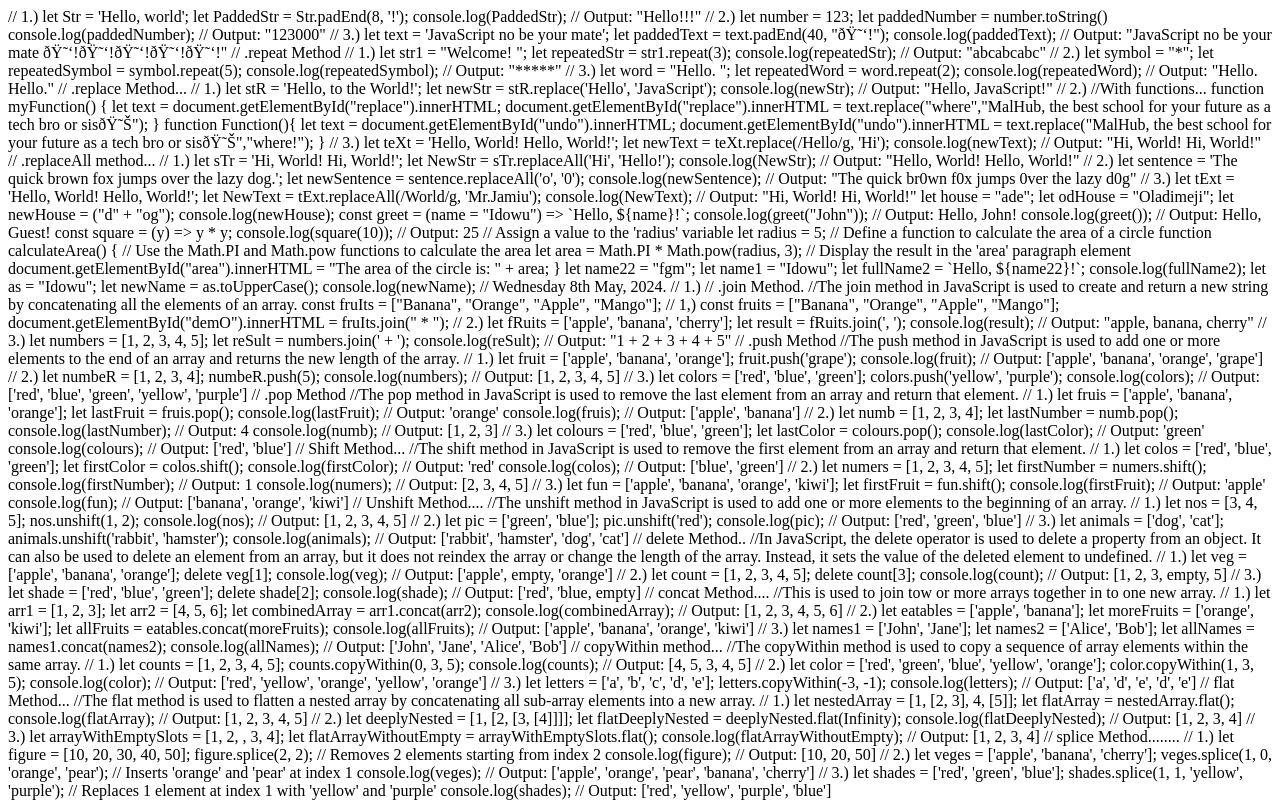
Repository: isaacCodes1/Calculator-with-js
Page: assignment.html
The author's editor kept a copy of each file at every save. The page is drawn from the files as they stood at one save, then again after the next save.
The browser window is 1280 px wide. The pictures show the whole page.

Above is the page before, as saved 2024-05-13 09:14:50.

### assignment.html
<!-- <!DOCTYPE html>
<html lang="en">
  <head>
    <meta charset="UTF-8" />
    <meta name="viewport" content="width=device-width, initial-scale=1.0" />
    <title>JavaScript Assignments</title>
  </head>
  <body>
    <h1>The .replace String Method.....</h1>

  <button onclick="myFunction()">Replace</button>


  <p id="replace">Please visit where!</p>
  <p id="area"></p>
  <button onclick="calculateArea()">Calculate Area</button>

  <button onclick="Function()">Undo</button>
  <p id="undo">Please visit MalHub, the best school for your future as a tech bro or sis😊</p>


  <h1>JavaScript Arrays</h1>
<h2>The join() Method</h2>

<p>The join() method joins array elements into a string.</p>
<p>It this example we have used " * " as a separator between the elements:</p>

<p id="demO"></p>

  </body>
  <script>
    //Assignment
    // Monday 6th May 2024.
    //Five use cases of named, function expressions, arrow function, higher order functions.


    //Named Functions   //A named function is a function that has a name assigned to it. It is defined using the function keyword followed by a function declaration, and it is given a name using the function keyword followed by the function name and parentheses
    // 1.)

//     const PI = 3.14159;

//     function calculateCircleArea(radius) {
//       return PI * Math.pow(radius, 2);
//     }
//     console.log(PI);

//     // 2.)
//     const square = (x) => x * x;

//     console.log(square(5)); // Output: 25

//     // 3.)
//     const multiply = (a, b) => a * b;

//     console.log(multiply(5, 10)); // Output: 50

//     // 4.)
//     const greet = (name = "Guest") => `Hello, ${name}!`;

//     console.log(greet("John")); // Output: Hello, John!
//     console.log(greet()); // Output: Hello, Guest!

//     // 5)
//     const createProduct = (name, price) => ({
//       name,
//       price,
//       description: "This is a great product!",
//     });

//     // Functions expression     //A function expression is a JavaScript expression that creates a function and assigns it to a variable or object property. It is defined using the
//     // 1.)
//     const product1 = createProduct("Laptop", 1000);
//     console.log(product1);
//     // Output: { name: 'Laptop', price: 1000, description: 'This is a great product!' }

//     // 2.)
//     const square1 = (x) => x * x;

//     console.log(square1(5)); // Output: 25

//     // 3.)
//     // Function expression assigned to a variable
//         const double = function(num) {
//             return num * 2;
//         };
//         // Using the function expression
//         console.log(double(5)); // Output: 10  // This will multiply the 5 and 8 by 2 and add their results together
//         console.log(double(8)); // Output: 16

//     // 4.)
//     let greeting = "Hello";
//     let name = "John";

//     let greetPerson = function () {
//         return `${greeting}, ${name}!`;
//     };

//     console.log(greetPerson());

//     // 5.)
//     let num1 = 10;
//     let num2 = 5;

//     let addNumbers = function (a, b) {
//         return a + b;
//     };

//     console.log(addNumbers(num1, num2));

//     // Arrow Functions.

//     // 1.)

//     let adDNumbers = (a, b) => a + b;
//     console.log(addNumbers(5, 3)); // Output: 8

//     // 2.)

//     let square2 = (num) => num * num;
//     console.log(square2(4)); // Output: 16

//     // 3.)

//     let greetingS = (name) => `Hello, ${name}!`;
//     console.log(greetingS("Isaac")); // Output: Hello, Isaac!

//     // 4.)

//     let isEven = (num) => (num % 2 === 0 ? true : false);
//     console.log(isEven(10)); // Output: true

//     // 5.)

//     let calculateArea = (length, width) => length * width;
//     console.log(calculateArea(4, 5)); // Output: 20

//     // Higher order Functions.      //Higher-order functions are functions that can take other functions as arguments or return functions as their results.

//     // 1.)

//     let numbers = [1, 2, 3, 4, 5, 6];
//     let evenNumbers = numbers.filt      er((num) => num % 2 === 0);
//     console.log(evenNumbers); // Output: [2, 4, 6]

//     // 2.)

//     let numberS = [1, 2, 3, 4, 5];
//     let doubledNumbers = numberS.map((num) => num * 2);
//     console.log(doubledNumbers); // Output: [2, 4, 6, 8, 10]    //The map method is a higher-order function in JavaScript that is used to transform each element of an array into a new element based on a callback function.


//     // 3.)

//     let numbErs = [1, 2, 3, 4, 5];
//     let sum = numbErs.reduce((acc, curr) => acc + curr, 0);
//     console.log(sum); // Output: 15


// // 4.)

//     let colors = ['red', 'blue', 'green'];
//     colors.forEach(color =>
//     console.log(color));
// // Output:
// // red
// // blue
// // green


// // 5.)

// let nuMbers = [10, 20, 30, 40, 50];

// // Using the find method to find the first element greater than 25
// let result = nuMbers.find(num => num > 25);

// console.log(result); // Output: 30


// Tuesday 7th May, 2024.

  // .Concat Method..
  // 1,)

  var name = "Isaac";
  var surName = "Oladimeji";
  var fullName = name.concat(" ", surName);
  console.log(fullName);


  // 2.)

  let address = "No.";
  let noAddress = "10";
  let addStreet = "Police Road.";
  let fullAddress = address.concat(" ", noAddress, " ", addStreet);
  console.log(fullAddress);


  // 3.)

  let myList = "I need 10 Apples,";
  let myList1 = "Oranges, maybe🫡 watermelon,";
  let myList2 = "and a good blender for";
  let myList3 = "my fruit project!";
  let full = myList.concat(" ", myList1, " ", myList2, " ", myList3);
  console.log(full);



  // .padStart Method...


  // 1.)

  let myPassword1 = "5012"
  let fullPassword = myPassword1.padStart(5, "3",);
  console.log(fullPassword);  //Output:  "35012"

  // 2.)

  let str = '123';
  let paddedStr = str.padStart(5, '0');
  console.log(paddedStr); // Output: "00123"

  // 3.)

  let num = 7;
  let paddedNum = num.toString().padStart(3, '0');
  console.log(paddedNum); // Output: "007"



  // .padEnd Method..... -->


  // 1.)

  let Str = 'Hello, world';
  let PaddedStr = Str.padEnd(8, '!');
  console.log(PaddedStr); // Output: "Hello!!!"


  // 2.)

  let number = 123;
  let paddedNumber = number.toString()
  console.log(paddedNumber); // Output: "123000"


  // 3.)

  let text = 'JavaScript no be your mate';
  let paddedText = text.padEnd(40, "😑!");
  console.log(paddedText); // Output: "JavaScript no be your mate 😑!😑!😑!😑!😑!"



  // .repeat Method


  // 1.)

  let str1 = "Welcome! ";
  let repeatedStr = str1.repeat(3);
  console.log(repeatedStr); // Output: "abcabcabc"


  // 2.)

  let symbol = "*";
  let repeatedSymbol = symbol.repeat(5);
  console.log(repeatedSymbol); // Output: "*****"


  // 3.)

  let word = "Hello. ";
  let repeatedWord = word.repeat(2);
  console.log(repeatedWord); // Output: "Hello. Hello."



  // .replace Method...


  // 1.)


  let stR = 'Hello, to the World!';
  let newStr = stR.replace('Hello', 'JavaScript');
  console.log(newStr); // Output: "Hello, JavaScript!"



  // 2.)

  //With functions...

  function myFunction() {
  let text = document.getElementById("replace").innerHTML;
  document.getElementById("replace").innerHTML =
  text.replace("where","MalHub, the best school for your future as a tech bro or sis😊");
}

function Function(){
  let text = document.getElementById("undo").innerHTML;
  document.getElementById("undo").innerHTML =
  text.replace("MalHub, the best school for your future as a tech bro or sis😊","where!");
}


// 3.)

  let teXt = 'Hello, World! Hello, World!';
  let newText = teXt.replace(/Hello/g, 'Hi');
  console.log(newText); // Output: "Hi, World! Hi, World!"





  // .replaceAll method...


  // 1.)

  let sTr = 'Hi, World! Hi, World!';
  let NewStr = sTr.replaceAll('Hi', 'Hello!');
  console.log(NewStr); // Output: "Hello, World! Hello, World!"




  // 2.)


  let sentence = 'The quick brown fox jumps over the lazy dog.';
  let newSentence = sentence.replaceAll('o', '0');
  console.log(newSentence); // Output: "The quick br0wn f0x jumps 0ver the lazy d0g"


  // 3.)


  let tExt = 'Hello, World! Hello, World!';
  let NewText = tExt.replaceAll(/World/g, 'Mr.Jamiu');
  console.log(NewText); // Output: "Hi, World! Hi, World!"



  let house = "ade";
  let odHouse = "Oladimeji";
  let newHouse = ("d" + "og");
  console.log(newHouse);

  const greet = (name = "Idowu") => `Hello, ${name}!`;

    console.log(greet("John")); // Output: Hello, John!
    console.log(greet()); // Output: Hello, Guest!




  const square = (y) => y * y;

    console.log(square(10)); // Output: 25


     // Assign a value to the 'radius' variable
     let radius = 5;

// Define a function to calculate the area of a circle
function calculateArea() {
    // Use the Math.PI and Math.pow functions to calculate the area
    let area = Math.PI * Math.pow(radius, 3);

    // Display the result in the 'area' paragraph element
    document.getElementById("area").innerHTML = "The area of the circle is: " + area;
}

let name22 = "fgm";
  let name1 = "Idowu";
  let fullName2 = `Hello, ${name22}!`;
  console.log(fullName2);

  let as = "Idowu";
let newName = as.toUpperCase();
console.log(newName);




// Wednesday 8th May, 2024.

  // 1.)

  // .join Method.     //The join method in JavaScript is used to create and return a new string by concatenating all the elements of an array.
  const fruIts = ["Banana", "Orange", "Apple", "Mango"];

// 1,)
  const fruits = ["Banana", "Orange", "Apple", "Mango"];
  document.getElementById("demO").innerHTML = fruIts.join(" * ");


  // 2.)
  let fRuits = ['apple', 'banana', 'cherry'];
  let result = fRuits.join(', ');

  console.log(result); // Output: "apple, banana, cherry"

  // 3.)

  let numbers = [1, 2, 3, 4, 5];
  let reSult = numbers.join(' + ');

  console.log(reSult); // Output: "1 + 2 + 3 + 4 + 5"



  // .push Method   //The push method in JavaScript is used to add one or more elements to the end of an array and returns the new length of the array.

  // 1.)
    let fruit = ['apple', 'banana', 'orange'];
    fruit.push('grape');
  console.log(fruit); // Output: ['apple', 'banana', 'orange', 'grape']

  // 2.)

  let numbeR = [1, 2, 3, 4];
  numbeR.push(5);
  console.log(numbers); // Output: [1, 2, 3, 4, 5]

  // 3.)

  let colors = ['red', 'blue', 'green'];
  colors.push('yellow', 'purple');
  console.log(colors); // Output: ['red', 'blue', 'green', 'yellow', 'purple']


  // .pop  Method    //The pop method in JavaScript is used to remove the last element from an array and return that element.

  // 1.)
  let fruis = ['apple', 'banana', 'orange'];
  let lastFruit = fruis.pop();
  console.log(lastFruit); // Output: 'orange'
  console.log(fruis); // Output: ['apple', 'banana']


  // 2.)
  let numb = [1, 2, 3, 4];
  let lastNumber = numb.pop();
  console.log(lastNumber); // Output: 4
  console.log(numb); // Output: [1, 2, 3]

  // 3.)
  let colours = ['red', 'blue', 'green'];
  let lastColor = colours.pop();
  console.log(lastColor); // Output: 'green'
  console.log(colours); // Output: ['red', 'blue']


  // Shift Method...    //The shift method in JavaScript is used to remove the first element from an array and return that element.

  // 1.)
  let colos = ['red', 'blue', 'green'];
  let firstColor = colos.shift();
  console.log(firstColor); // Output: 'red'
  console.log(colos); // Output: ['blue', 'green']

  // 2.)

  let numers = [1, 2, 3, 4, 5];
  let firstNumber = numers.shift();
  console.log(firstNumber); // Output: 1
  console.log(numers); // Output: [2, 3, 4, 5]

  // 3.)

  let fun = ['apple', 'banana', 'orange', 'kiwi'];
  let firstFruit = fun.shift();
  console.log(firstFruit); // Output: 'apple'
  console.log(fun); // Output: ['banana', 'orange', 'kiwi']



  // Unshift Method....       //The unshift method in JavaScript is used to add one or more elements to the beginning of an array.

  // 1.)

  let nos = [3, 4, 5];
  nos.unshift(1, 2);
  console.log(nos); // Output: [1, 2, 3, 4, 5]


  // 2.)

  let pic = ['green', 'blue'];
  pic.unshift('red');
  console.log(pic); // Output: ['red', 'green', 'blue']

  // 3.)

  let animals = ['dog', 'cat'];
  animals.unshift('rabbit', 'hamster');
  console.log(animals); // Output: ['rabbit', 'hamster', 'dog', 'cat']




  // delete Method..      //In JavaScript, the delete operator is used to delete a property from an object. It can also be used to delete an element from an array, but it does not reindex the array or change the length of the array. Instead, it sets the value of the deleted element to undefined.


  // 1.)

  let veg = ['apple', 'banana', 'orange'];
  delete veg[1];
  console.log(veg); // Output: ['apple', empty, 'orange']

  // 2.)

  let count = [1, 2, 3, 4, 5];
  delete count[3];
  console.log(count); // Output: [1, 2, 3, empty, 5]

  // 3.)

  let shade = ['red', 'blue', 'green'];
  delete shade[2];
  console.log(shade); // Output: ['red', 'blue, empty]



  // concat Method....      //This is used to join tow or more arrays together in to one new array.

  // 1.)

  let arr1 = [1, 2, 3];
  let arr2 = [4, 5, 6];
  let combinedArray = arr1.concat(arr2);
  console.log(combinedArray); // Output: [1, 2, 3, 4, 5, 6]


  // 2.)

  let eatables = ['apple', 'banana'];
  let moreFruits = ['orange', 'kiwi'];
  let allFruits = eatables.concat(moreFruits);
  console.log(allFruits); // Output: ['apple', 'banana', 'orange', 'kiwi']


  // 3.)

  let names1 = ['John', 'Jane'];
  let names2 = ['Alice', 'Bob'];
  let allNames = names1.concat(names2);
  console.log(allNames); // Output: ['John', 'Jane', 'Alice', 'Bob']



  // copyWithin method...         //The copyWithin method is used to copy a sequence of array elements within the same array.



  // 1.)

  let counts = [1, 2, 3, 4, 5];
  counts.copyWithin(0, 3, 5);
  console.log(counts); // Output: [4, 5, 3, 4, 5]


  // 2.)

  let color = ['red', 'green', 'blue', 'yellow', 'orange'];
  color.copyWithin(1, 3, 5);
  console.log(color); // Output: ['red', 'yellow', 'orange', 'yellow', 'orange']

  // 3.)

  let letters = ['a', 'b', 'c', 'd', 'e'];
  letters.copyWithin(-3, -1);
  console.log(letters); // Output: ['a', 'd', 'e', 'd', 'e']




  // flat Method...       //The flat method is used to flatten a nested array by concatenating all sub-array elements into a new array.


  // 1.)

  let nestedArray = [1, [2, 3], 4, [5]];
  let flatArray = nestedArray.flat();
  console.log(flatArray); // Output: [1, 2, 3, 4, 5]

  // 2.)

  let deeplyNested = [1, [2, [3, [4]]]];
  let flatDeeplyNested = deeplyNested.flat(Infinity);
  console.log(flatDeeplyNested); // Output: [1, 2, 3, 4]


  // 3.)

  let arrayWithEmptySlots = [1, 2, , 3, 4];
  let flatArrayWithoutEmpty = arrayWithEmptySlots.flat();
  console.log(flatArrayWithoutEmpty); // Output: [1, 2, 3, 4]



  // splice Method........


  // 1.)

  let figure = [10, 20, 30, 40, 50];
  figure.splice(2, 2); // Removes 2 elements starting from index 2
  console.log(figure); // Output: [10, 20, 50]


  // 2.)

  let veges = ['apple', 'banana', 'cherry'];
  veges.splice(1, 0, 'orange', 'pear'); // Inserts 'orange' and 'pear' at index 1
  console.log(veges); // Output: ['apple', 'orange', 'pear', 'banana', 'cherry']

  // 3.)

  let shades = ['red', 'green', 'blue'];
  shades.splice(1, 1, 'yellow', 'purple'); // Replaces 1 element at index 1 with 'yellow' and 'purple'
  console.log(shades); // Output: ['red', 'yellow', 'purple', 'blue']
    </script>
</html>

After the next save:
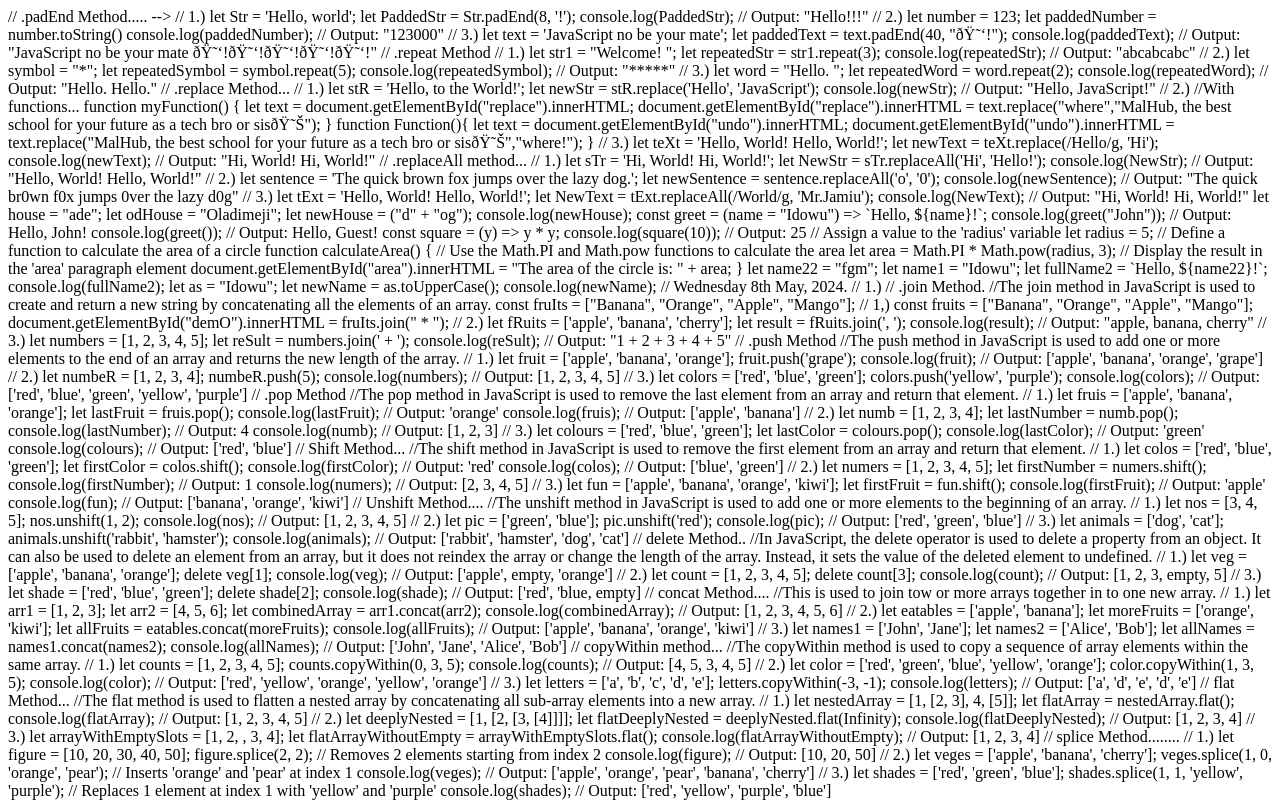
Saved 13 s later.
--- a/assignment.html
+++ b/assignment.html
@@ -223,12 +223,12 @@
   let paddedStr = str.padStart(5, '0');
   console.log(paddedStr); // Output: "00123"
 
-  // 3.)
+  <!-- // 3.)
 
   let num = 7;
   let paddedNum = num.toString().padStart(3, '0');
   console.log(paddedNum); // Output: "007"
-
+ -->
 
 
   // .padEnd Method..... -->
